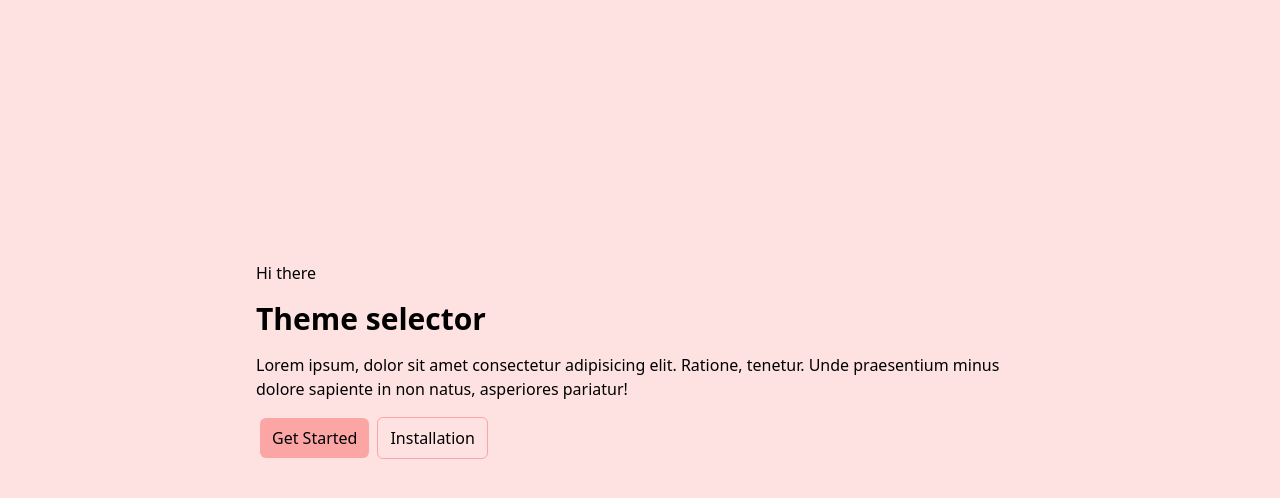
Repository: prince-bansal/tailwind-theme-switcher
Page: /
An editor plug-in stored every save of this project. The page is shown before and after the next save, followed by the edit.
The browser window is 1280 px wide. The pictures show the whole page.
The project was rebuilt for these pictures with package versions that can differ from the ones it lists, and the page was loaded fresh each time. Also part of the build but not shown: vite.config.ts, src/App.css.

Above is the page before, as saved 2024-03-17 19:09:37.

### src/App.tsx
import './App.css'

function App() {

  return (
    <div className="bg-red-100 min-h-screen flex items-center justify-center">
      <div className='w-[60%] m-auto'>
        <p>Hi there</p>
        <h1 className="text-3xl my-4 font-bold">Theme selector</h1>
        <p>
          Lorem ipsum, dolor sit amet consectetur adipisicing elit. Ratione,
          tenetur. Unde praesentium minus dolore sapiente in non natus,
          asperiores pariatur!
        </p>
        <button className="mt-4 bg-red-300 p-2 px-3 mx-1 rounded-md">Get Started</button>
        <button className="mt-4 border-red-300 border p-2 px-3 mx-1 rounded-md">Installation</button>

      </div>{" "}
    </div>
  );
}

export default App

Loaded but not shown: index.html (common file); src/main.tsx (common file); src/index.css (common file); tailwind.config.js (common file)

After the next save:
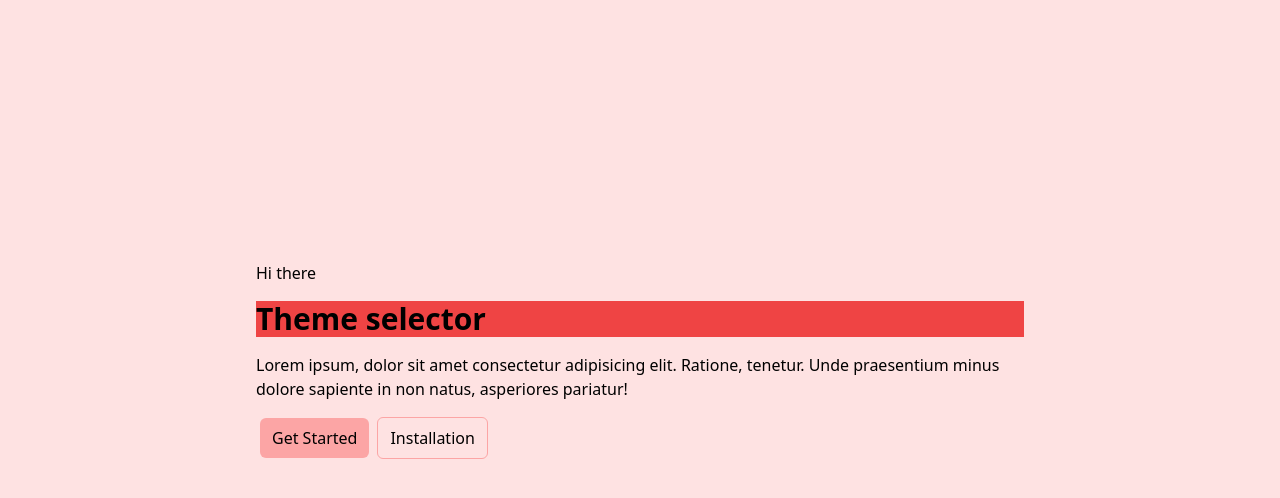
Saved 14 s later.
--- a/src/App.tsx
+++ b/src/App.tsx
@@ -6,7 +6,7 @@ function App() {
     <div className="bg-red-100 min-h-screen flex items-center justify-center">
       <div className='w-[60%] m-auto'>
         <p>Hi there</p>
-        <h1 className="text-3xl my-4 font-bold">Theme selector</h1>
+        <h1 className="text-3xl bg-red-500 my-4 font-bold">Theme selector</h1>
         <p>
           Lorem ipsum, dolor sit amet consectetur adipisicing elit. Ratione,
           tenetur. Unde praesentium minus dolore sapiente in non natus,
